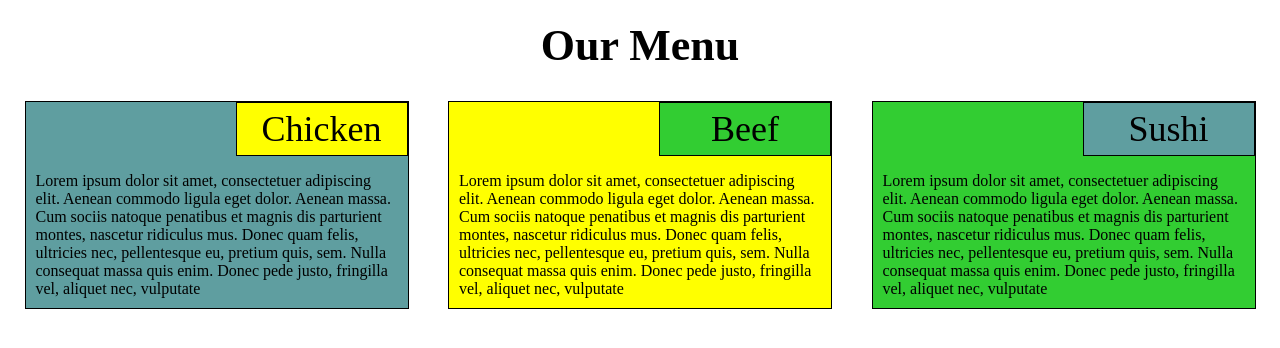
Repository: Normandy72/module2-solution
Page: index.html
These files come from the project's save history. The page is drawn as it stood at one moment and after the next save; the edit follows.
The browser window is 1280 px wide. The pictures show the whole page.
Some web fonts or font styles are not loaded; a fallback is used.

Above is the page before, as saved 2022-12-05 15:23:39.

After the next save:
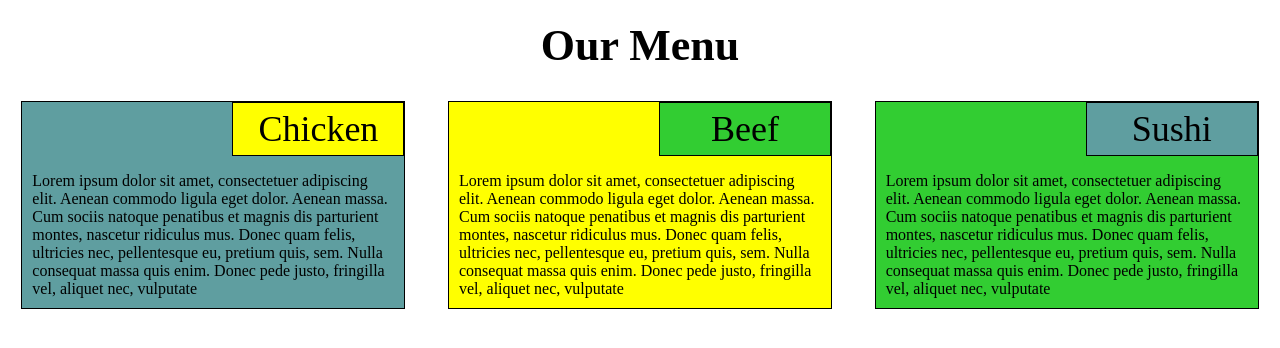
Saved 50 s later.
--- a/styles/style.css
+++ b/styles/style.css
@@ -17,12 +17,12 @@ h1{
 
 .wrapper{
     display: flex;
-    justify-content: space-evenly;
+    justify-content: space-around;
 }
 
 .card{
     width: 30%;
-    margin: 0 15px 30px;
+    margin-bottom: 30px;
     position: relative;
     border: 1px solid black;
 }
